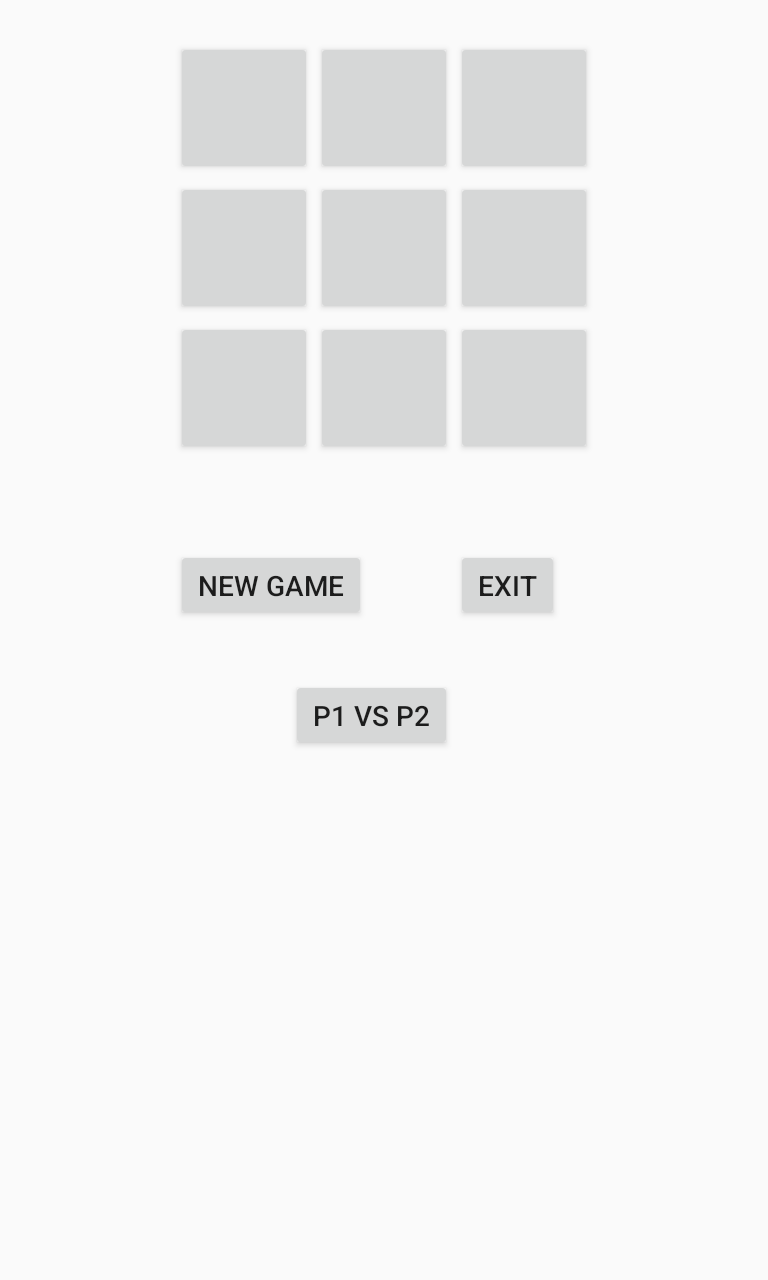
Repository: dtakiy/jogovelha
Layout: games/res/layout/activity_atividade2.xml
The author's editor kept a copy of each file at every save. The layout is drawn from the files as they stood at one save, then again after the next save.
It is drawn on a 768 x 1280 px phone screen (xhdpi) without system bars, with theme AppTheme; the app's code is not run.

Above is the layout before, as saved 2014-09-18 01:24:52.

### games/res/layout/activity_atividade2.xml
<?xml version="1.0" encoding="utf-8"?>
<RelativeLayout xmlns:android="http://schemas.android.com/apk/res/android"
    android:layout_width="match_parent"
    android:layout_height="match_parent"
    android:orientation="vertical" >

<Button
	    android:id="@+id/sq6"
	    android:layout_width="wrap_content"
	    android:layout_height="wrap_content"
	    android:layout_alignBaseline="@+id/quadrado5"
	    android:layout_alignBottom="@+id/quadrado5"
	    android:layout_toRightOf="@+id/quadrado5"
	    android:minHeight="70dip"
	    android:minWidth="70dip" />

	<Button
	    android:id="@+id/quadrado8"
	    android:layout_width="wrap_content"
	    android:layout_height="wrap_content"
	    android:layout_alignBaseline="@+id/quadrado7"
	    android:layout_alignBottom="@+id/quadrado7"
	    android:layout_toRightOf="@+id/quadrado4"
	    android:minHeight="70dip"
	    android:minWidth="70dip" />

	<Button
	    android:id="@+id/quadrado3"
	    android:layout_width="wrap_content"
	    android:layout_height="wrap_content"
	    android:layout_alignLeft="@+id/quadrado9"
	    android:layout_below="@+id/quadrado5"
	    android:minHeight="70dip"
	    android:minWidth="70dip" />

	<Button
	    android:id="@+id/quadrado5"
	    android:layout_width="wrap_content"
	    android:layout_height="wrap_content"
	    android:layout_below="@+id/quadrado1"
	    android:layout_toRightOf="@+id/quadrado1"
	    android:minHeight="70dip"
	    android:minWidth="70dip" />

	<Button
	    android:id="@+id/quadrado2"
	    android:layout_width="wrap_content"
	    android:layout_height="wrap_content"
	    android:layout_alignBaseline="@+id/quadrado9"
	    android:layout_alignBottom="@+id/quadrado9"
	    android:layout_centerHorizontal="true"
	    android:minHeight="70dip"
	    android:minWidth="70dip" />

	<Button
	    android:id="@+id/quadrado1"
	    android:layout_width="wrap_content"
	    android:layout_height="wrap_content"
	    android:layout_alignBaseline="@+id/quadrado2"
	    android:layout_alignBottom="@+id/quadrado2"
	    android:layout_toLeftOf="@+id/quadrado2"
	    android:minHeight="70dip"
	    android:minWidth="70dip" />

	<Button
	    android:id="@+id/quadrado9"
	    android:layout_width="wrap_content"
	    android:layout_height="wrap_content"
	    android:layout_alignTop="@+id/camporesultado"
	    android:layout_marginTop="19dp"
	    android:layout_toRightOf="@+id/quadrado2"
	    android:minHeight="70dip"
	    android:minWidth="70dip" />

	<Button
	    android:id="@+id/quadrado4"
	    android:layout_width="wrap_content"
	    android:layout_height="wrap_content"
	    android:layout_above="@+id/quadrado3"
	    android:layout_toLeftOf="@+id/quadrado5"
	    android:minHeight="70dip"
	    android:minWidth="70dip" />

	<Button
	    android:id="@+id/quadrado7"
	    android:layout_width="wrap_content"
	    android:layout_height="wrap_content"
	    android:layout_alignBaseline="@+id/quadrado3"
	    android:layout_alignBottom="@+id/quadrado3"
	    android:layout_toLeftOf="@+id/quadrado8"
	    android:minHeight="70dip"
	    android:minWidth="70dip" />

		<Button
		    android:id="@+id/newgame"
		    android:layout_width="wrap_content"
		    android:layout_height="wrap_content"
		    android:layout_alignBaseline="@+id/sair"
		    android:layout_alignBottom="@+id/sair"
		    android:layout_alignLeft="@+id/quadrado7"
		    android:minHeight="20dip"
		    android:minWidth="20dip"
		    android:text="@string/newgame" />

		<Button
		    android:id="@+id/sair"
		    android:layout_width="wrap_content"
		    android:layout_height="wrap_content"
		    android:layout_alignLeft="@+id/quadrado3"
		    android:layout_below="@+id/quadrado3"
		    android:layout_marginTop="44dp"
		    android:minHeight="20dip"
		    android:minWidth="20dip"
		    android:text="@string/sair" />

	  <Button
	      android:id="@+id/p1"
	      android:layout_width="wrap_content"
	      android:layout_height="wrap_content"
	      android:layout_below="@+id/newgame"
	      android:layout_marginTop="26dp"
	      android:layout_toLeftOf="@+id/sair"
	      android:minHeight="20dip"
	      android:minWidth="20dip"
	      android:text="@string/p1" />


</RelativeLayout>

### games/res/values/strings.xml
<?xml version="1.0" encoding="utf-8"?>
<resources>

    <string name="app_name">Tic Tac Game</string>
    <string name="hello_world">Welcome to Tic Tac Game</string>
    <string name="action_settings">Settings</string>
    <string name="sair">Exit</string>
    <string name="newgame">New Game</string>
    <string name="p1">P1 Vs P2</string>

</resources>

Loaded but not shown: games/res/values/styles.xml (common file); games/res/values-v11/styles.xml (common file); games/res/values-v14/styles.xml (common file)

After the next save:
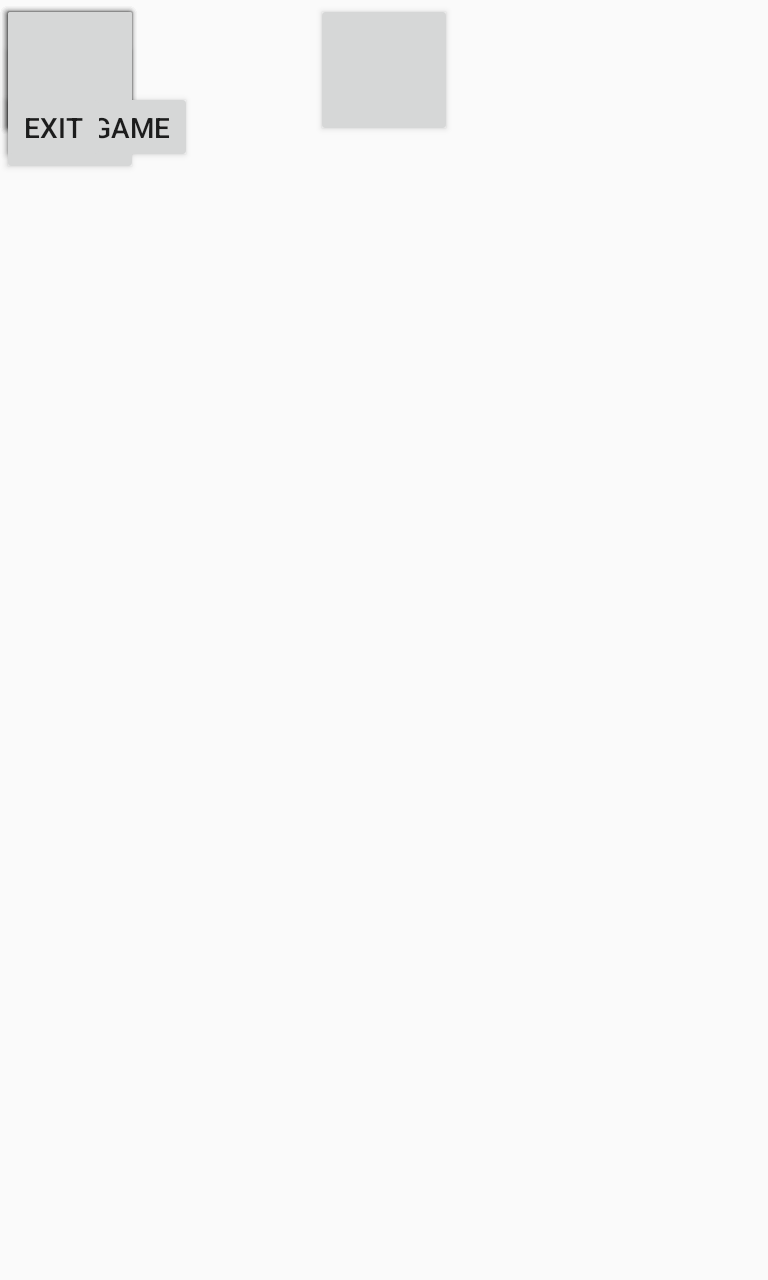
Saved 99 s later.
--- a/games/res/layout/activity_atividade2.xml
+++ b/games/res/layout/activity_atividade2.xml
@@ -15,7 +15,7 @@
 	    android:minWidth="70dip" />
 
 	<Button
-	    android:id="@+id/quadrado8"
+	    android:id="@+id/sq8"
 	    android:layout_width="wrap_content"
 	    android:layout_height="wrap_content"
 	    android:layout_alignBaseline="@+id/quadrado7"
@@ -25,7 +25,7 @@
 	    android:minWidth="70dip" />
 
 	<Button
-	    android:id="@+id/quadrado3"
+	    android:id="@+id/sq3"
 	    android:layout_width="wrap_content"
 	    android:layout_height="wrap_content"
 	    android:layout_alignLeft="@+id/quadrado9"
@@ -34,7 +34,7 @@
 	    android:minWidth="70dip" />
 
 	<Button
-	    android:id="@+id/quadrado5"
+	    android:id="@+id/sq5"
 	    android:layout_width="wrap_content"
 	    android:layout_height="wrap_content"
 	    android:layout_below="@+id/quadrado1"
@@ -43,7 +43,7 @@
 	    android:minWidth="70dip" />
 
 	<Button
-	    android:id="@+id/quadrado2"
+	    android:id="@+id/sq2"
 	    android:layout_width="wrap_content"
 	    android:layout_height="wrap_content"
 	    android:layout_alignBaseline="@+id/quadrado9"
@@ -53,7 +53,7 @@
 	    android:minWidth="70dip" />
 
 	<Button
-	    android:id="@+id/quadrado1"
+	    android:id="@+id/sq1"
 	    android:layout_width="wrap_content"
 	    android:layout_height="wrap_content"
 	    android:layout_alignBaseline="@+id/quadrado2"
@@ -63,7 +63,7 @@
 	    android:minWidth="70dip" />
 
 	<Button
-	    android:id="@+id/quadrado9"
+	    android:id="@+id/sq9"
 	    android:layout_width="wrap_content"
 	    android:layout_height="wrap_content"
 	    android:layout_alignTop="@+id/camporesultado"
@@ -73,7 +73,7 @@
 	    android:minWidth="70dip" />
 
 	<Button
-	    android:id="@+id/quadrado4"
+	    android:id="@+id/sq4"
 	    android:layout_width="wrap_content"
 	    android:layout_height="wrap_content"
 	    android:layout_above="@+id/quadrado3"
@@ -82,7 +82,7 @@
 	    android:minWidth="70dip" />
 
 	<Button
-	    android:id="@+id/quadrado7"
+	    android:id="@+id/sq7"
 	    android:layout_width="wrap_content"
 	    android:layout_height="wrap_content"
 	    android:layout_alignBaseline="@+id/quadrado3"

After the save that followed:
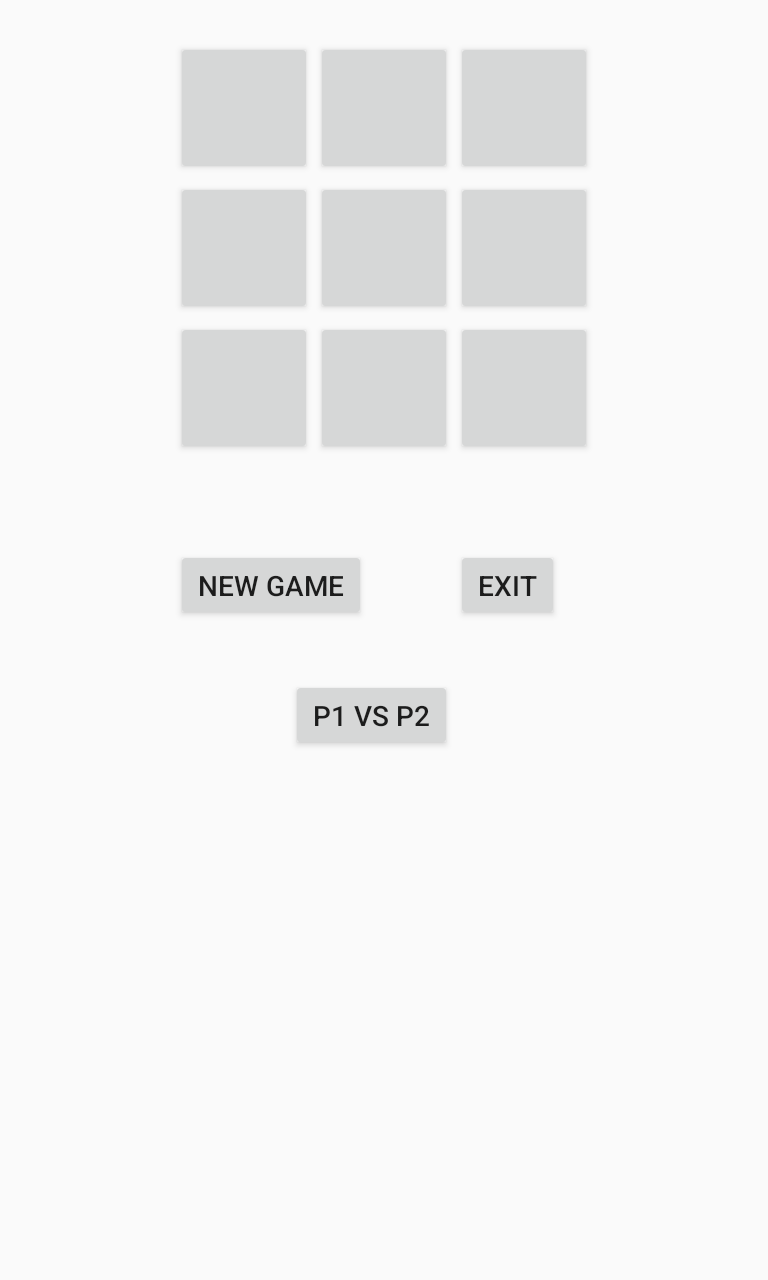
Saved 37 s later.
--- a/games/res/layout/activity_atividade2.xml
+++ b/games/res/layout/activity_atividade2.xml
@@ -8,9 +8,9 @@
 	    android:id="@+id/sq6"
 	    android:layout_width="wrap_content"
 	    android:layout_height="wrap_content"
-	    android:layout_alignBaseline="@+id/quadrado5"
-	    android:layout_alignBottom="@+id/quadrado5"
-	    android:layout_toRightOf="@+id/quadrado5"
+	    android:layout_alignBaseline="@+id/sq5"
+	    android:layout_alignBottom="@+id/sq5"
+	    android:layout_toRightOf="@+id/sq5"
 	    android:minHeight="70dip"
 	    android:minWidth="70dip" />
 
@@ -18,9 +18,9 @@
 	    android:id="@+id/sq8"
 	    android:layout_width="wrap_content"
 	    android:layout_height="wrap_content"
-	    android:layout_alignBaseline="@+id/quadrado7"
-	    android:layout_alignBottom="@+id/quadrado7"
-	    android:layout_toRightOf="@+id/quadrado4"
+	    android:layout_alignBaseline="@+id/sq7"
+	    android:layout_alignBottom="@+id/sq7"
+	    android:layout_toRightOf="@+id/sq4"
 	    android:minHeight="70dip"
 	    android:minWidth="70dip" />
 
@@ -28,8 +28,8 @@
 	    android:id="@+id/sq3"
 	    android:layout_width="wrap_content"
 	    android:layout_height="wrap_content"
-	    android:layout_alignLeft="@+id/quadrado9"
-	    android:layout_below="@+id/quadrado5"
+	    android:layout_alignLeft="@+id/sq9"
+	    android:layout_below="@+id/sq5"
 	    android:minHeight="70dip"
 	    android:minWidth="70dip" />
 
@@ -37,8 +37,8 @@
 	    android:id="@+id/sq5"
 	    android:layout_width="wrap_content"
 	    android:layout_height="wrap_content"
-	    android:layout_below="@+id/quadrado1"
-	    android:layout_toRightOf="@+id/quadrado1"
+	    android:layout_below="@+id/sq1"
+	    android:layout_toRightOf="@+id/sq1"
 	    android:minHeight="70dip"
 	    android:minWidth="70dip" />
 
@@ -46,8 +46,8 @@
 	    android:id="@+id/sq2"
 	    android:layout_width="wrap_content"
 	    android:layout_height="wrap_content"
-	    android:layout_alignBaseline="@+id/quadrado9"
-	    android:layout_alignBottom="@+id/quadrado9"
+	    android:layout_alignBaseline="@+id/sq9"
+	    android:layout_alignBottom="@+id/sq9"
 	    android:layout_centerHorizontal="true"
 	    android:minHeight="70dip"
 	    android:minWidth="70dip" />
@@ -56,9 +56,9 @@
 	    android:id="@+id/sq1"
 	    android:layout_width="wrap_content"
 	    android:layout_height="wrap_content"
-	    android:layout_alignBaseline="@+id/quadrado2"
-	    android:layout_alignBottom="@+id/quadrado2"
-	    android:layout_toLeftOf="@+id/quadrado2"
+	    android:layout_alignBaseline="@+id/sq2"
+	    android:layout_alignBottom="@+id/sq2"
+	    android:layout_toLeftOf="@+id/sq2"
 	    android:minHeight="70dip"
 	    android:minWidth="70dip" />
 
@@ -68,7 +68,7 @@
 	    android:layout_height="wrap_content"
 	    android:layout_alignTop="@+id/camporesultado"
 	    android:layout_marginTop="19dp"
-	    android:layout_toRightOf="@+id/quadrado2"
+	    android:layout_toRightOf="@+id/sq2"
 	    android:minHeight="70dip"
 	    android:minWidth="70dip" />
 
@@ -76,8 +76,8 @@
 	    android:id="@+id/sq4"
 	    android:layout_width="wrap_content"
 	    android:layout_height="wrap_content"
-	    android:layout_above="@+id/quadrado3"
-	    android:layout_toLeftOf="@+id/quadrado5"
+	    android:layout_above="@+id/sq3"
+	    android:layout_toLeftOf="@+id/sq5"
 	    android:minHeight="70dip"
 	    android:minWidth="70dip" />
 
@@ -85,9 +85,9 @@
 	    android:id="@+id/sq7"
 	    android:layout_width="wrap_content"
 	    android:layout_height="wrap_content"
-	    android:layout_alignBaseline="@+id/quadrado3"
-	    android:layout_alignBottom="@+id/quadrado3"
-	    android:layout_toLeftOf="@+id/quadrado8"
+	    android:layout_alignBaseline="@+id/sq3"
+	    android:layout_alignBottom="@+id/sq3"
+	    android:layout_toLeftOf="@+id/sq8"
 	    android:minHeight="70dip"
 	    android:minWidth="70dip" />
 
@@ -97,7 +97,7 @@
 		    android:layout_height="wrap_content"
 		    android:layout_alignBaseline="@+id/sair"
 		    android:layout_alignBottom="@+id/sair"
-		    android:layout_alignLeft="@+id/quadrado7"
+		    android:layout_alignLeft="@+id/sq7"
 		    android:minHeight="20dip"
 		    android:minWidth="20dip"
 		    android:text="@string/newgame" />
@@ -106,8 +106,8 @@
 		    android:id="@+id/sair"
 		    android:layout_width="wrap_content"
 		    android:layout_height="wrap_content"
-		    android:layout_alignLeft="@+id/quadrado3"
-		    android:layout_below="@+id/quadrado3"
+		    android:layout_alignLeft="@+id/sq3"
+		    android:layout_below="@+id/sq3"
 		    android:layout_marginTop="44dp"
 		    android:minHeight="20dip"
 		    android:minWidth="20dip"
